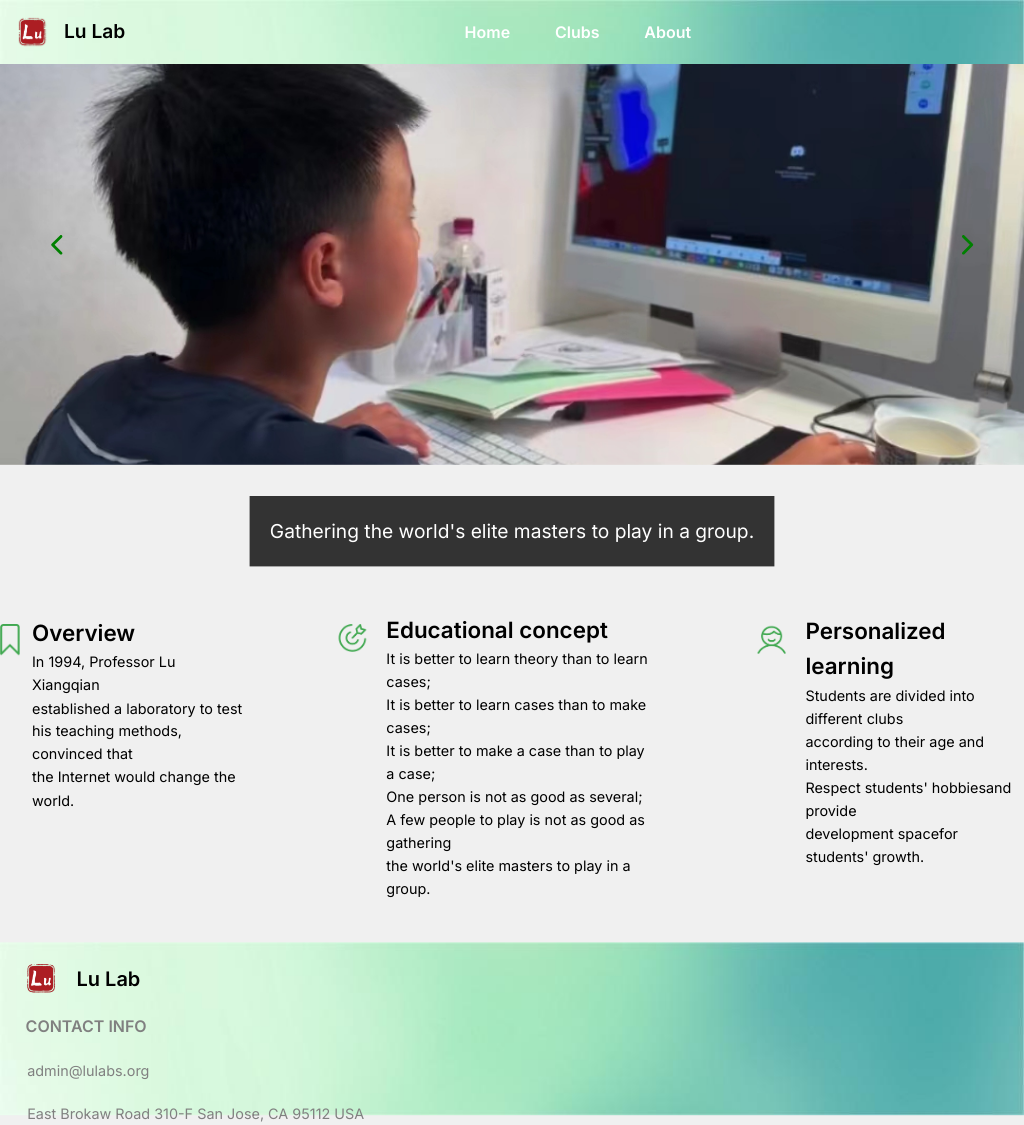
Repository: proflulab/lulab_website_next_js
Page: /
The author's editor kept a copy of each file at every save. The page is drawn from the files as they stood at one save, then again after the next save.
The browser window is 1280 px wide. The pictures show the whole page, at 80% of full size.
The project was rebuilt for these pictures with package versions that can differ from the ones it lists, and the page was loaded fresh each time. The framework's server and built-in components were replaced by stand-ins that run in the browser. Also part of the build but not shown: next.config.js, next.config.mjs.

Above is the page before, as saved 2023-12-27 21:11:18.

### app/layout.tsx
import type { Metadata } from "next";
import { Inter } from "next/font/google";
import "./globals.css";

const inter = Inter({ subsets: ["latin"] });

export const metadata: Metadata = {
  title: "Lu Lab",
  description: "Lu Lab",
};

export default function RootLayout({
  children,
}: {
  children: React.ReactNode;
}) {
  return (
    <html lang="en">
      <body className={inter.className}>{children}</body>
    </html>
  );
}

### app/page.tsx
"use client";
import "./globals.css"; // 引入全局 CSS 文件

import React, { useState, useEffect, useRef } from "react";
import { FontAwesomeIcon } from "@fortawesome/react-fontawesome";
import {
  faChevronLeft,
  faChevronRight,
} from "@fortawesome/free-solid-svg-icons";
import Image from "next/image";

import Navbar from "./title/page";
import End from "./title/end";

// export default Navbar;

const Home: React.FC = () => {
  const [images, setImages] = useState<string[]>([]);
  const [currentImageIndex, setCurrentImageIndex] = useState<number>(0);

  useEffect(() => {
    const imageUrls = ["image3.jpg", "xueyuan.jpg", "image1.jpg"];
    setImages(imageUrls);
  }, []);

  useEffect(() => {
    const interval = setInterval(() => {
      setCurrentImageIndex((prevIndex) =>
        prevIndex === images.length - 1 ? 0 : prevIndex + 1
      );
    }, 5000);

    return () => clearInterval(interval);
  }, [images]);

  const showNextImage = () => {
    setCurrentImageIndex((prevIndex) =>
      prevIndex === images.length - 1 ? 0 : prevIndex + 1
    );
  };

  const showPreviousImage = () => {
    setCurrentImageIndex((prevIndex) =>
      prevIndex === 0 ? images.length - 1 : prevIndex - 1
    );
  };
  const [windowWidth, setWindowWidth] = useState<number>(0);

  const [isMobile, setIsMobile] = useState<boolean>(false);

  useEffect(() => {
    const handleResize = () => {
      const width = window.innerWidth;
      setIsMobile(width <= 768);
    };

    handleResize(); // 初始化时调用一次，设置初始的 isMobile 值

    window.addEventListener("resize", handleResize);

    return () => {
      window.removeEventListener("resize", handleResize);
    };
  }, []); // 空数组作为依赖，确保只在组件挂载时执行一次

  return (
    <>
      <Navbar />
      <div
        style={{
          display: "flex",
          flexDirection: "column",
          alignItems: "center",
        }}
      >
        <div
          style={{
            position: "relative",
            width: "100%",
            height: "85vh",
            maxWidth: "100%",
            maxHeight: "85vh",
          }}
        >
          {images.length > 0 && (
            // eslint-disable-next-line @next/next/no-img-element
            <img
              src={images[currentImageIndex]}
              alt={`Image ${currentImageIndex + 1}`}
              style={{
                width: "100%",
                height: "95%",
                objectFit: "cover",
                ...(isMobile
                  ? {
                      height: "75vh",
                      width: "100%",
                      objectFit: "cover",
                    }
                  : {}),
              }}
            />
          )}
          <div
            style={{
              position: "absolute",
              top: "50%",
              transform: "translateY(-50%)",
              left: "5%",
              right: "5%",
              display: "flex",
              justifyContent: "space-between",
            }}
          >
            <button
              onClick={showPreviousImage}
              style={{ color: "green", fontWeight: "bold", fontSize: "28px" }}
            >
              <FontAwesomeIcon icon={faChevronLeft} />
            </button>
            <button
              onClick={showNextImage}
              style={{ color: "green", fontWeight: "bold", fontSize: "28px" }}
            >
              <FontAwesomeIcon icon={faChevronRight} />
            </button>
          </div>
        </div>

        <div
          style={{
            position: "absolute",
            top: isMobile ? "400px" : "620px",
            justifyContent: "space-between",

            backgroundColor: "#333333",
            color: "#fff",
            padding: "25px",
            zIndex: 1,
            width: isMobile ? "80%" : "auto", // 根据屏幕大小更新宽度
          }}
        >
          <p style={{ fontSize: isMobile ? "20px" : "24px" }}>
            Gathering the world&apos;s elite masters to play in a group.
          </p>
        </div>

        <div
          style={{
            fontWeight: "bold",
            fontSize: "45px",
            color: "#000000",
            textAlign: "center",
            marginTop: "40px",
            marginBottom: "40px",
          }}
        >
          Welcome to Lu Lab
        </div>
        {isMobile && (
          <>
            <div
              style={{
                marginBottom: "20px",
                display: "flex",
                alignItems: "flex-start",
              }}
            >
              <Image
                src="/Overview.png"
                alt=""
                width={25}
                height={35}
                style={{ marginLeft: "-30px" }}
              />
              <div style={{ marginLeft: "15px" }}>
                <p
                  style={{
                    fontSize: "28px",
                    fontWeight: "600",
                    marginBottom: "5px",
                    marginTop: "-5px",
                  }}
                >
                  Overview
                </p>
                <p
                  style={{
                    fontSize: "18px",
                    fontWeight: "400",
                    lineHeight: "1.5",
                  }}
                >
                  In 1994, Professor Lu Xiangqian
                  <br /> established a laboratory to test
                  <br />
                  his teaching methods, convinced that
                  <br /> the Internet would change the world. <br />
                </p>
              </div>
            </div>

            <div
              style={{
                marginBottom: "20px",
                display: "flex",
                alignItems: "flex-start",
              }}
            >
              <Image
                src="/Edu.png"
                alt=""
                width={35}
                height={35}
                style={{ marginLeft: "35px" }}
              />
              <div style={{ marginLeft: "15px" }}>
                <p
                  style={{
                    fontSize: "28px",
                    fontWeight: "600",
                    marginBottom: "5px",
                    marginTop: "-5px",
                  }}
                >
                  Educational concept
                </p>
                <p
                  style={{
                    fontSize: "18px",
                    fontWeight: "400",
                    lineHeight: "1.5",
                  }}
                >
                  It is better to learn theory than to learn cases;
                  <br />
                  It is better to learn cases than to make cases;
                  <br />
                  It is better to make a case than to play a case;
                  <br />
                  One person is not as good as several;
                  <br />
                  A few people to play is not as good as gathering
                  <br />
                  the world&apos;s elite masters to play in a group.
                </p>
              </div>
            </div>

            <div
              style={{
                marginBottom: "20px",
                display: "flex",
                alignItems: "flex-start",
              }}
            >
              <Image
                src="/Person.png"
                alt=""
                width={35}
                height={35}
                style={{ marginLeft: "-15px" }}
              />
              <div style={{ marginLeft: "15px" }}>
                <p
                  style={{
                    fontSize: "28px",
                    fontWeight: "600",
                    marginBottom: "5px",
                    marginTop: "-5px",
                  }}
                >
                  Personalized learning
                </p>
                <p
                  style={{
                    fontSize: "18px",
                    fontWeight: "400",
                    lineHeight: "1.5",
                  }}
                >
                  Students are divided into different clubs
                  <br />
                  according to their age and interests.
                  <br />
                  Respect students&apos; hobbies and provide
                  <br />
                  development space for students&apos; growth.
                </p>
              </div>
            </div>
          </>
        )}

        {!isMobile && (
          <div
            style={{
              display: "flex",
              justifyContent: "left",
              marginTop: "20px",
            }}
          >
            <div style={{ flex: "1", marginRight: "120px" }}>
              <Image src="/Overview.png" alt="" width={25} height={35} />
              <div style={{ marginLeft: "40px" }}>
                <p
                  style={{
                    color: "black",
                    fontSize: "28px",
                    fontWeight: "600",
                    marginTop: "-50px",
                    textAlign: "left",
                  }}
                >
                  Overview
                </p>
                <p
                  style={{
                    color: "black",
                    fontSize: "18px",
                    fontWeight: "400",
                    textAlign: "left",
                  }}
                >
                  In 1994, Professor Lu Xiangqian
                  <br /> established a laboratory to test
                  <br />
                  his teaching methods, convinced that
                  <br /> the Internet would change the world. <br />
                </p>
              </div>
            </div>
            <div style={{ flex: "1.3", marginRight: "90px" }}>
              {" "}
              {/* 将 Edu 部分的 flex 值调整为 1.5 */}
              <Image src="/Edu.png" alt="" width={35} height={35} />
              <div style={{ marginLeft: "60px" }}>
                <p
                  style={{
                    color: "black",
                    fontSize: "28px",
                    fontWeight: "600",
                    marginTop: "-50px",
                    textAlign: "left",
                  }}
                >
                  Educational concept
                </p>
                <p
                  style={{
                    color: "black",
                    fontSize: "18px",
                    fontWeight: "400",
                    textAlign: "left",
                  }}
                >
                  It is better to learn theory than to learn cases;
                  <br /> It is better to learn cases than to make cases;
                  <br /> It is better to make a case than to play a case;
                  <br /> One person is not as good as several;
                  <br /> A few people to play is not as good as gathering
                  <br /> the world&apos;s elite masters to play in a group.
                </p>
              </div>
            </div>
            <div style={{ flex: "1.1", marginLeft: "40px" }}>
              <Image src="/Person.png" alt="" width={35} height={35} />
              <div style={{ marginLeft: "60px" }}>
                <p
                  style={{
                    color: "black",
                    fontSize: "28px",
                    fontWeight: "600",
                    marginTop: "-50px",
                    textAlign: "left",
                  }}
                >
                  Personalized learning
                </p>
                <p
                  style={{
                    color: "black",
                    fontSize: "18px",
                    fontWeight: "400",
                    textAlign: "left",
                  }}
                >
                  Students are divided into different clubs
                  <br /> according to their age and interests.
                  <br /> Respect students&apos; hobbiesand provide
                  <br /> development spacefor students&apos; growth.
                </p>
              </div>
            </div>
          </div>
        )}

        <hr
          style={{
            marginBottom: "50px",
          }}
        />
        <End />
      </div>
    </>
  );
};

export default Home;

### app/globals.css
@tailwind base;
@tailwind components;
@tailwind utilities;
/* 全局样式 */
body {
  font-family: Arial, sans-serif;
  margin: 0;
  padding: 0;
  background-color: #f0f0f0;
  color: #333;
}

h1 {
  font-size: 2em;
  margin-bottom: 20px;
}

p {
  font-size: 16px;
  line-height: 1.5;
}

/* 媒体查询 */
/* 在小屏幕上应用的样式 */
/* globals.css 或者其他全局CSS文件 */
/* 在文件中添加媒体查询样式 */

/* 较小屏幕尺寸下调整内容位置 */
@media (max-width: 768px) {
  .additional-content {
    top: 550px; /* 调整顶部位置 */
    padding: 15px; /* 调整内边距 */
  }
}

/* 更小屏幕尺寸下调整内容位置 */
@media (max-width: 480px) {
  .additional-content {
    top: 500px; /* 更进一步调整顶部位置 */
    padding: 10px; /* 更进一步调整内边距 */
  }
}

/* 更多媒体查询和样式 */

@media (max-width: 768px) {
  body {
    font-size: 14px;
  }

  h1 {
    font-size: 1.5em;
    margin-bottom: 15px;
  }

  p {
    font-size: 14px;
    line-height: 1.4;
  }
}

/* 在更小的屏幕上应用的样式 */
@media (max-width: 480px) {
  body {
    font-size: 12px;
  }

  h1 {
    font-size: 1.2em;
    margin-bottom: 10px;
  }

  p {
    font-size: 12px;
    line-height: 1.3;
  }
}

/* 在大屏幕上应用的样式 */
@media (min-width: 1200px) {
  body {
    font-size: 18px;
  }

  h1 {
    font-size: 2.5em;
    margin-bottom: 25px;
  }

  p {
    font-size: 18px;
    line-height: 1.6;
  }
}

/* 更多自定义样式和媒体查询可以按需添加 */

### app/title/end.tsx
"use client";
import Link from "next/link";
import { useState, useEffect, useRef } from "react";
import Image from "next/image";
const End: React.FC = () => {
  return (
    <div style={{ position: "relative" }}>
      <Image src="/title.jpg" alt="" height="230" width="1700" />
      <div
        style={{
          position: "absolute",
          top: "20px",
          left: "2%",
          display: "flex",
          alignItems: "center",
        }}
      >
        <Image src="/logo.png" alt="" height="50" width="50" />
        <p
          style={{
            color: "black",
            fontSize: "25px",
            fontWeight: "600",
            marginLeft: "20px",
          }}
        >
          Lu Lab
        </p>
      </div>
      <div
        style={{
          position: "absolute",
          top: "90px",
          left: "2.5%",
          textAlign: "left",
        }}
      >
        <div
          style={{
            color: "grey",
            fontSize: "20px",
            fontWeight: "600",
          }}
        >
          CONTACT INFO
        </div>
        <div
          style={{
            color: "grey",
            fontSize: "18px",
            fontWeight: "400",
            marginLeft: "2px",
            textAlign: "left",
          }}
        >
          <br />
          admin@lulabs.org
          <br />
          <br />
          East Brokaw Road 310-F San Jose, CA 95112 USA <br />
        </div>
      </div>
    </div>
  );
};
export default End;

Loaded but not shown: tailwind.config.ts (common file); app/title/page.tsx (272 lines, source omitted)

After the next save:
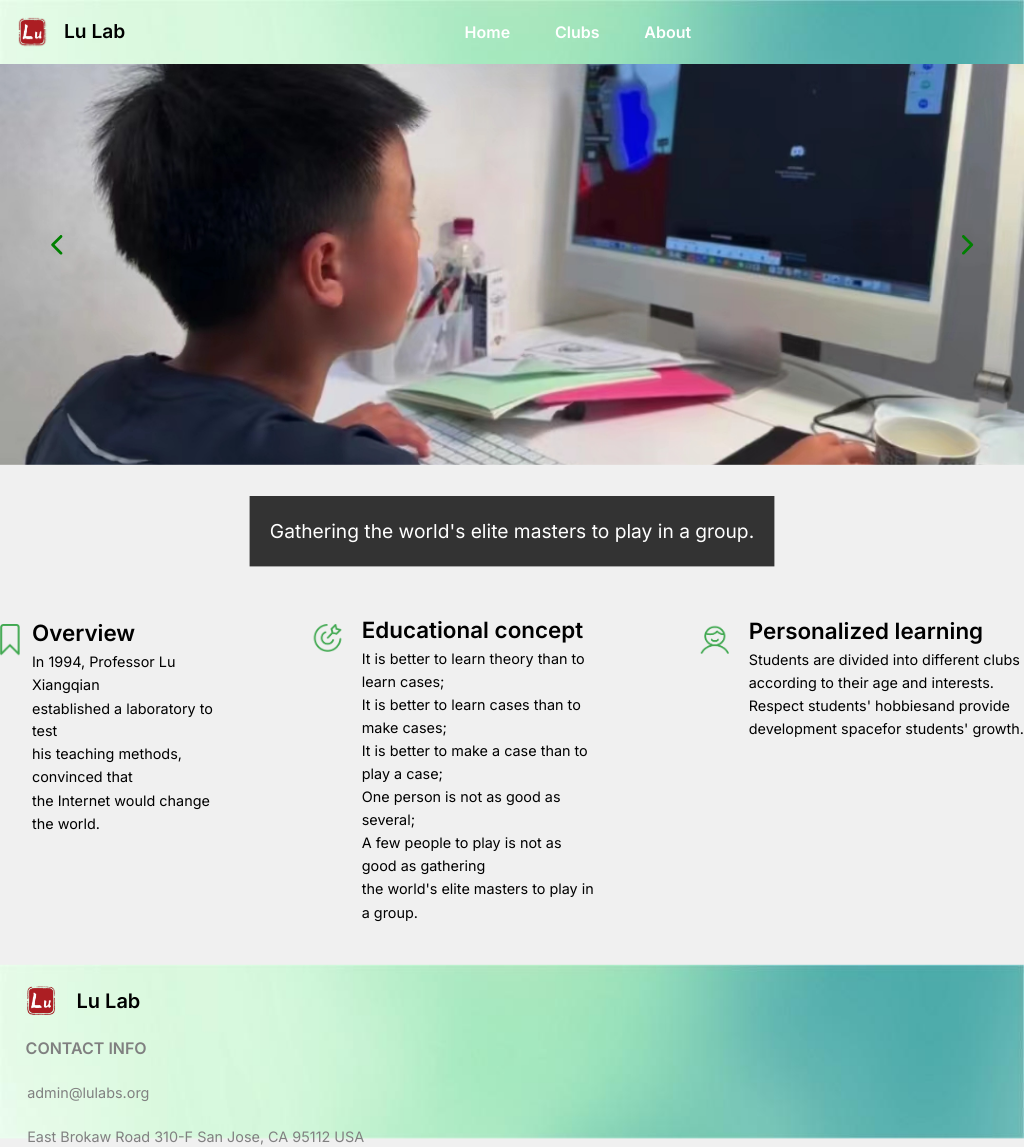
Saved 7 s later.
--- a/app/page.tsx
+++ b/app/page.tsx
@@ -363,7 +363,7 @@ const Home: React.FC = () => {
                 </p>
               </div>
             </div>
-            <div style={{ flex: "1.1", marginLeft: "40px" }}>
+            <div style={{ flex: "1.", marginLeft: "40px" }}>
               <Image src="/Person.png" alt="" width={35} height={35} />
               <div style={{ marginLeft: "60px" }}>
                 <p
